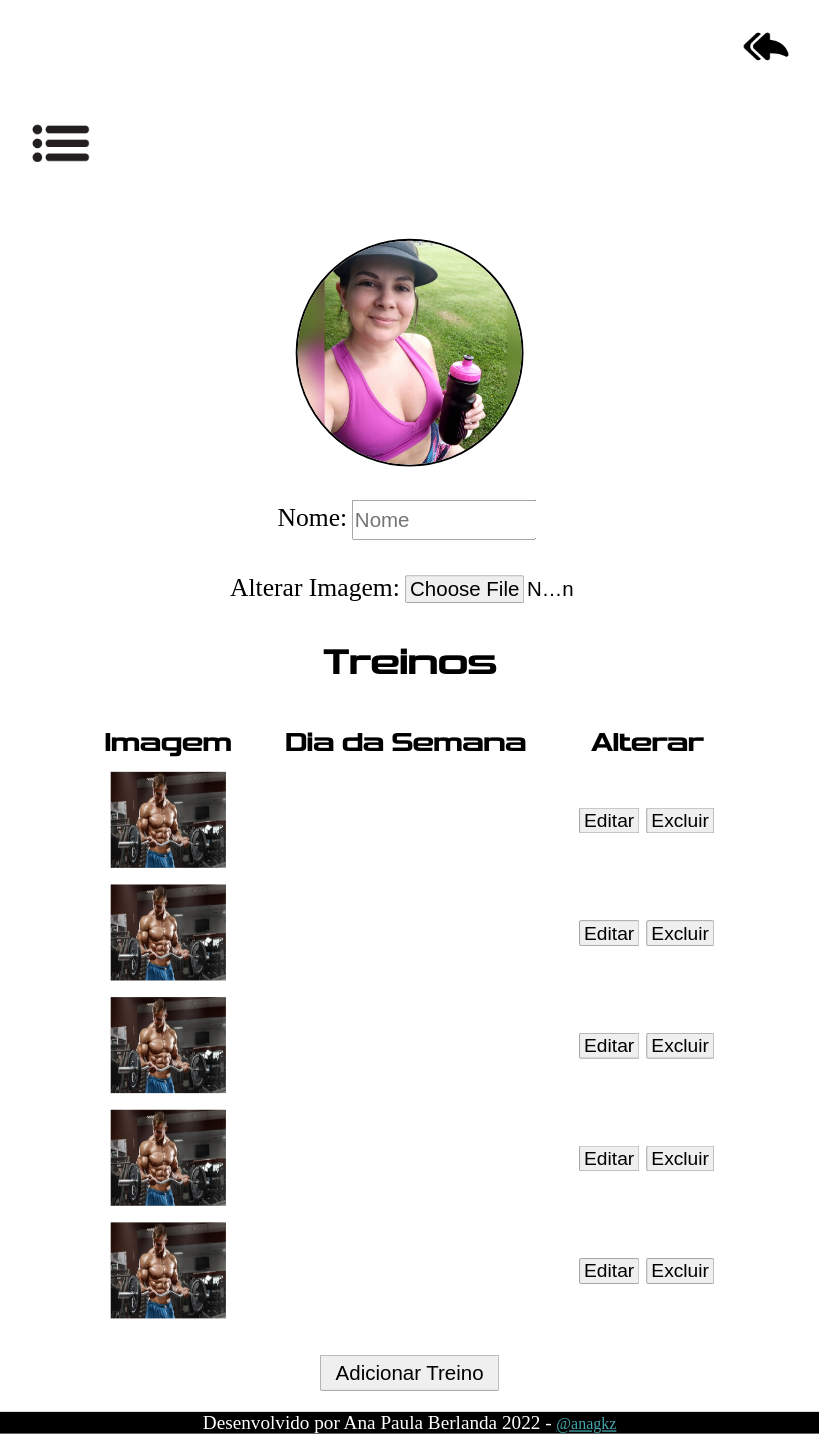
Repository: AnaBerlanda/AppAcademia
Page: config.html
The author's editor kept a copy of each file at every save. The page is drawn from the files as they stood at one save, then again after the next save.
The browser window is 1280 px wide. The pictures show the whole page, at 64% of full size.

Above is the page before, as saved 2022-05-04 15:40:50.

### config.html
<!DOCTYPE html>
<html lang="pt-br">

<head>
    <meta charset="utf-8" />
    <title>App Academia</title>
    <link type="text/css" rel="stylesheet" href="index.css">

</head>
<body>
    <div class="seta">
        <a href="index2.html">
        <img src="img/seta.png"> </a>
    </div>
    <div class="menu">
        <a href="#">
        <img src="img/menu.png"></a>
    </div>
    <img id="redonda" src="img/ber.jpg" alt="Foto da Ana">
    <form>
        <p>Nome:<input type="Nome" placeholder="Nome" class="quadrado"></p>
        <p>Alterar Imagem:<input type="file" class="quadrado"></p>
    </form>
    <h1>Treinos</h1>
    <table class="tabela">
        <tr>
            <th>Imagem</th>
            <th>Dia da Semana</th>
            <th>Alterar</th>
        </tr>
        <tr>
            <td> <img src="img/musc.jpg"></td>
            <td>Segunda-Feira</td>
            <td><a class="editar" href="editartreino.html">
                <input type="submit" name="Editar" value="Editar"></a>
                <input type="submit" name="Excluir" value="Excluir">
            </td>
        </tr>
        <tr>
            <td> <img src="img/musc.jpg"></td>
            <td>Terça-Feira</td>
            <td><a class="editar" href="editartreino.html">
                <input type="submit" name="Editar" value="Editar"></a>
                <input type="submit" name="Excluir" value="Excluir">
            </td>
        </tr>
        <tr>
            <td> <img src="img/musc.jpg"></td>
            <td>Quarta-Feira</td>
            <td><a class="editar" href="editartreino.html">
                <input type="submit" name="Editar" value="Editar"></a>
                <input type="submit" name="Excluir" value="Excluir">
            </td>
        </tr>
        <tr>
            <td> <img src="img/musc.jpg"></td>
            <td>Quinta-Feira</td>
            <td><a class="editar" href="editartreino.html">
                <input type="submit" name="Editar" value="Editar"></a>
                <input type="submit" name="Excluir" value="Excluir">
            </td>
        </tr>
        <tr>
            <td> <img src="img/musc.jpg"></td>
            <td>Sexta-Feira</td>
            <td><a class="editar" href="editartreino.html">
                <input type="submit" name="Editar" value="Editar"></a>
                <input type="submit" name="Excluir" value="Excluir">
            </td>
        </tr>
        </table>
        <a class="editar" href="editartreino.html">
        <input type="submit" name="Adicionar Treino" value="Adicionar Treino" class="quadrado"></a>
        <footer class="rodape"> Desenvolvido por Ana Paula Berlanda 2022 - <a href="https://www.instagram.com/anagkz/" target="_blank">@anagkz</a>
        </footer>
    </body>
    </html>






























</body>
</html>

### index.css
body{
    text-align: center;
    height: 100%;
    margin: 0;
    background-color: rgb(237, 230, 219) rgb(29, 92, 99);
    background-position: center;
    background-size: cover;
    background-repeat: repeat;
}
#redonda{
    width: 350px;
    height: 350px;
    border-radius: 50%;
    border: 3px solid black;
    margin-top: 50px

}
@font-face{
    font-family: 'JMH';
    src: url('font/JMH.ttf') format('opentype');
}
@font-face{
    font-family: 'VIP';
    src:url('font/VIP.otf')
}
.link-semana .diadasemana{
    font-family: 'VIP';
    font-size: 40px;
    border-radius: 20%;
}
.diadasemana:hover{
    color: black;
}

.link-semana {
    margin-top: 50px;
    display: block;
    color: rgb(255, 255, 255);
    background-color: rgba(255,255,255,0.3);
}
.link-semana img {
    width: 150px;
    height: 150px;

}
.link-da-ana {
    background-color: rgba(143, 61, 190, .6);
    border-radius: 50%;
    width: 140px;
    height: 140px;
    padding: 30px;
}
.link-da-ana:hover {
    background-color: rgba(143, 61, 190, 1);
}
h1 {
    font-size: 55px;
    font-family: 'VIP';
    color: black;
}
.rodape {
    background-color: black;
    color:white;
    border: px black;
    font-size: 30px;
    margin-top: 25px;
    margin-bottom: 15px;
}
.rodape a{
    font-family: 'Aft';
    color: #45a6ad;
    font-size: 25px;
}
    table {
        border-collapse: collapse;
        border: 8px solid white;
        width: 80%;
        margin: 30px auto;
        margin-top: 60px;
    }
    table:hover{
        color: black;
    }
    table th{
        color:black;
        font-size: 40px;
        font-family: 'VIP';
        border: 8px solid white;
    }
    table td {
        text-align: center;
        border: 4px solid white;
        color:white;
        font-size: 35px;
        font-family: 'VIP';
    }
    .tabela{
        text-align: center;
        border-top: 50%;
    }
    td img{
        width: 180px;
        height: 150px;
        margin-top: 10px;
    }
    .seta img{
        width: 70px;
        height: 65px;
        text-align: left;
    }
    .seta{
        text-align: right;
        margin: 40px 48px 20px 40px
    }
    .menu{
            text-align: left;
            margin: 40px 48px 20px 20px

    }
    .menu img{
        width: 150px;
        height: 150px;
        text-align: left;
    }
    .editar{
        font-size: 30px;
        width: 110px;
        height: 80px;
    }
    p{
        font-size: 40px;
    }
    td input{
        font-size: 30px;
    }
    .quadrado{
        width: 280px;
        height: 56px;
        font-size: 32px;
        margin: 8px;
    }
    .tabela2 td{
        width: 100%;
    }

After the next save:
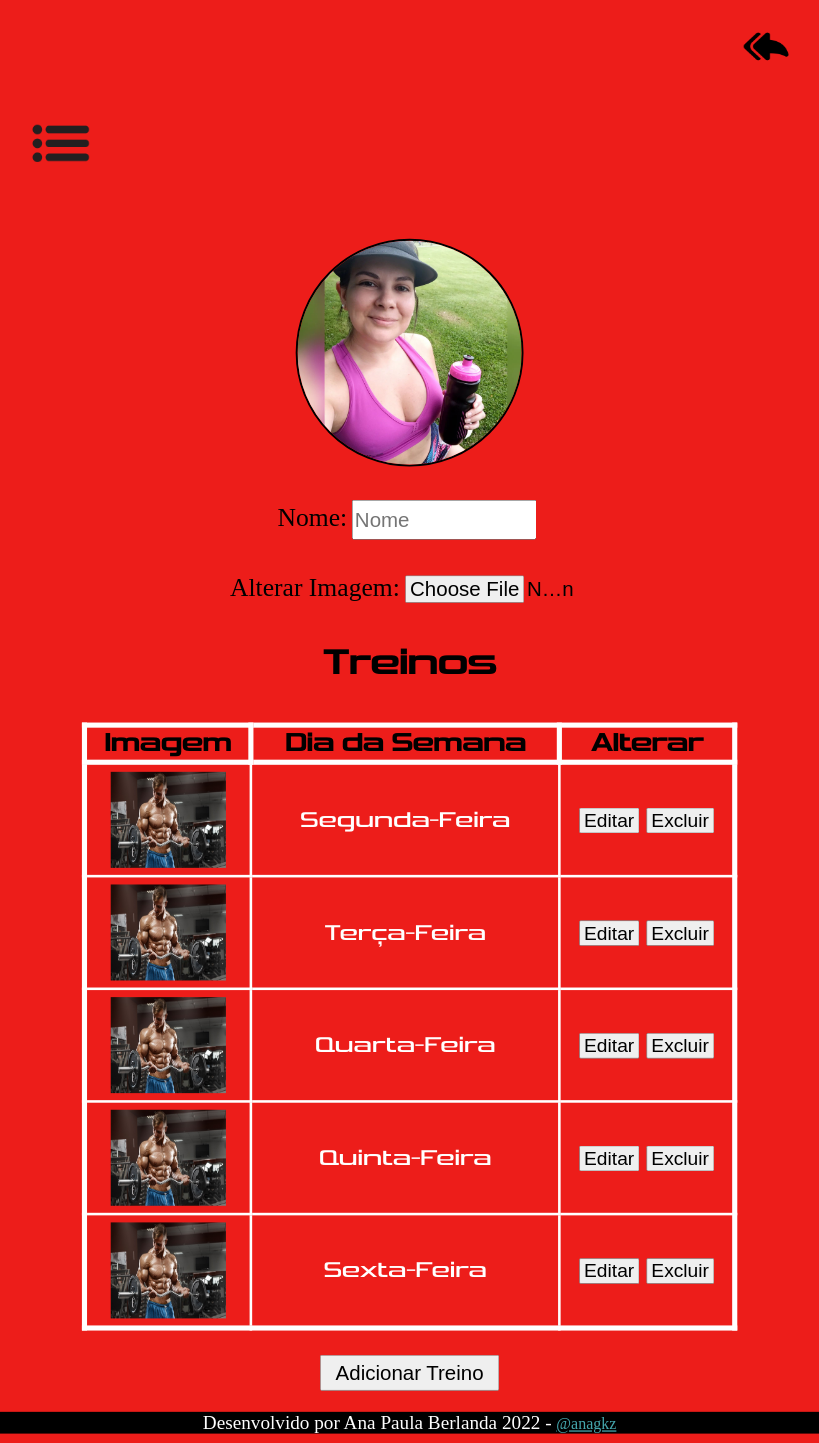
Saved 39 s later.
--- a/index.css
+++ b/index.css
@@ -2,7 +2,7 @@
     text-align: center;
     height: 100%;
     margin: 0;
-    background-color: rgb(237, 230, 219) rgb(29, 92, 99);
+    background-color: rgb(237, 29, 26);
     background-position: center;
     background-size: cover;
     background-repeat: repeat;

After the save that followed:
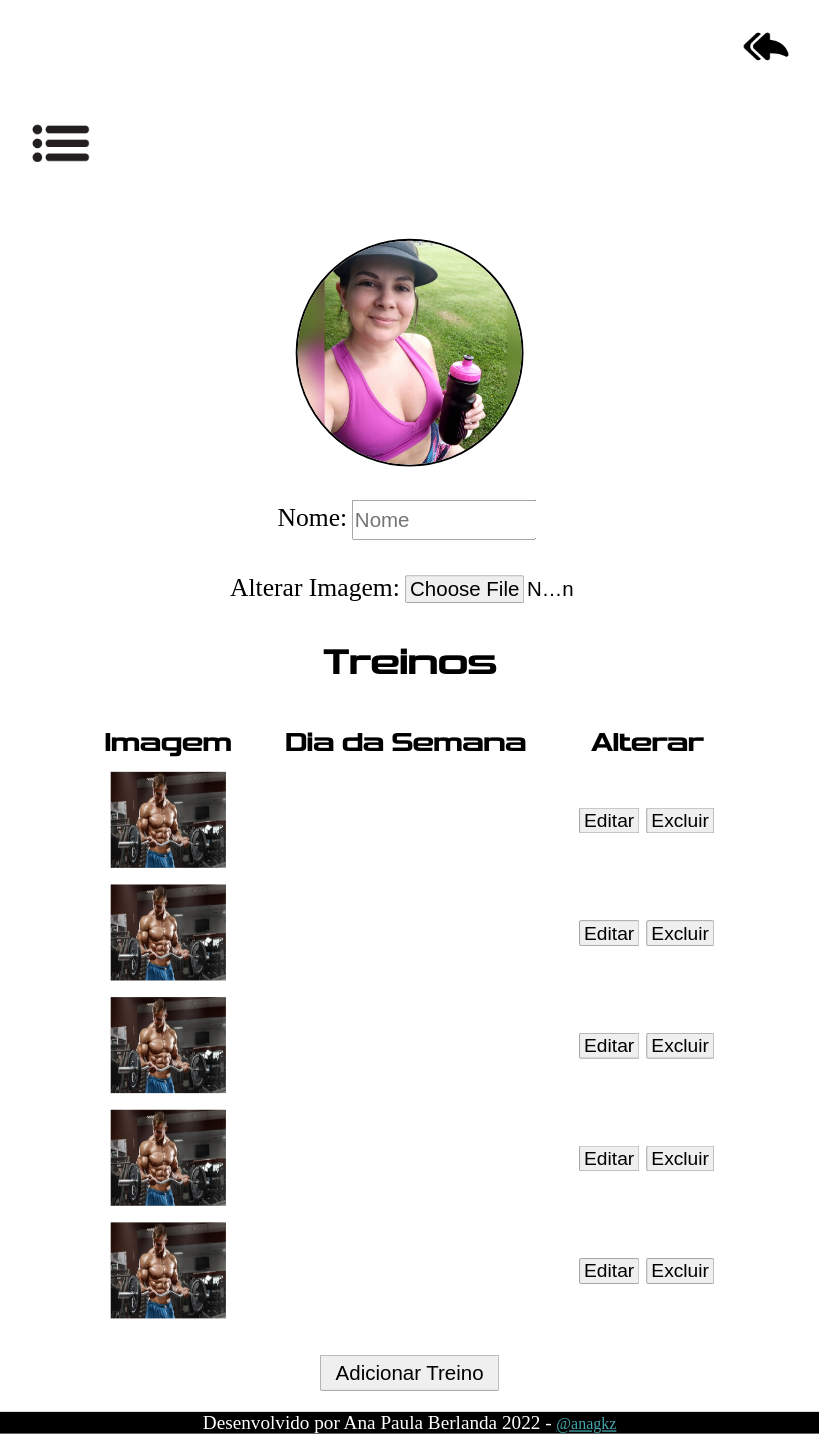
Saved 12 min 18 s later.
--- a/index.css
+++ b/index.css
@@ -2,7 +2,7 @@
     text-align: center;
     height: 100%;
     margin: 0;
-    background-color: rgb(237, 29, 26);
+    background: linear-gradient(rgb(79, 169, 172));
     background-position: center;
     background-size: cover;
     background-repeat: repeat;
